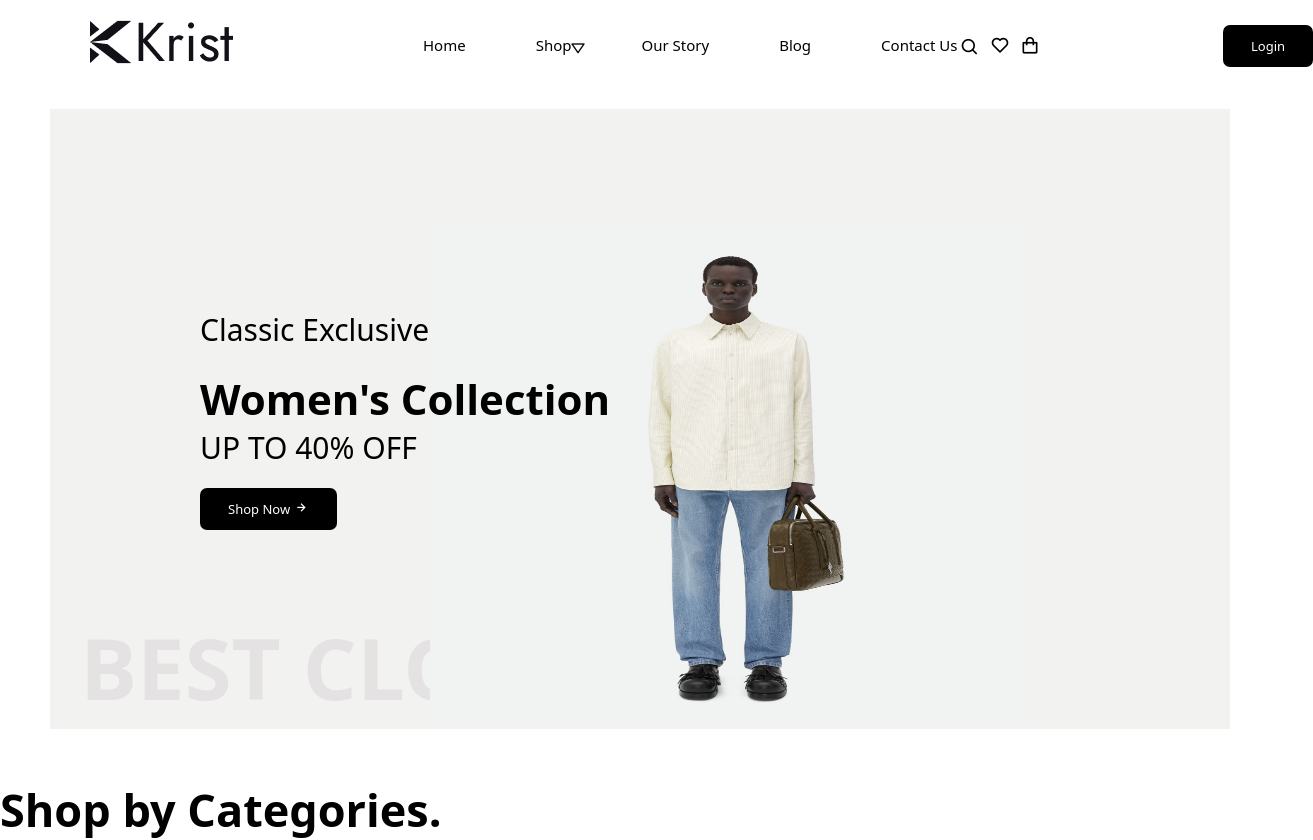
Repository: isaacCodes1/Krist-Website
Page: index.html
An editor plug-in stored every save of this project. The page is shown before and after the next save, followed by the edit.
The browser window is 1280 px wide. The page is 1313 px wide, so the pictures cover 1313 px, including what lies to the right of the window. The pictures show the whole page.

Above is the page before, as saved 2024-04-01 10:41:51.

After the next save:
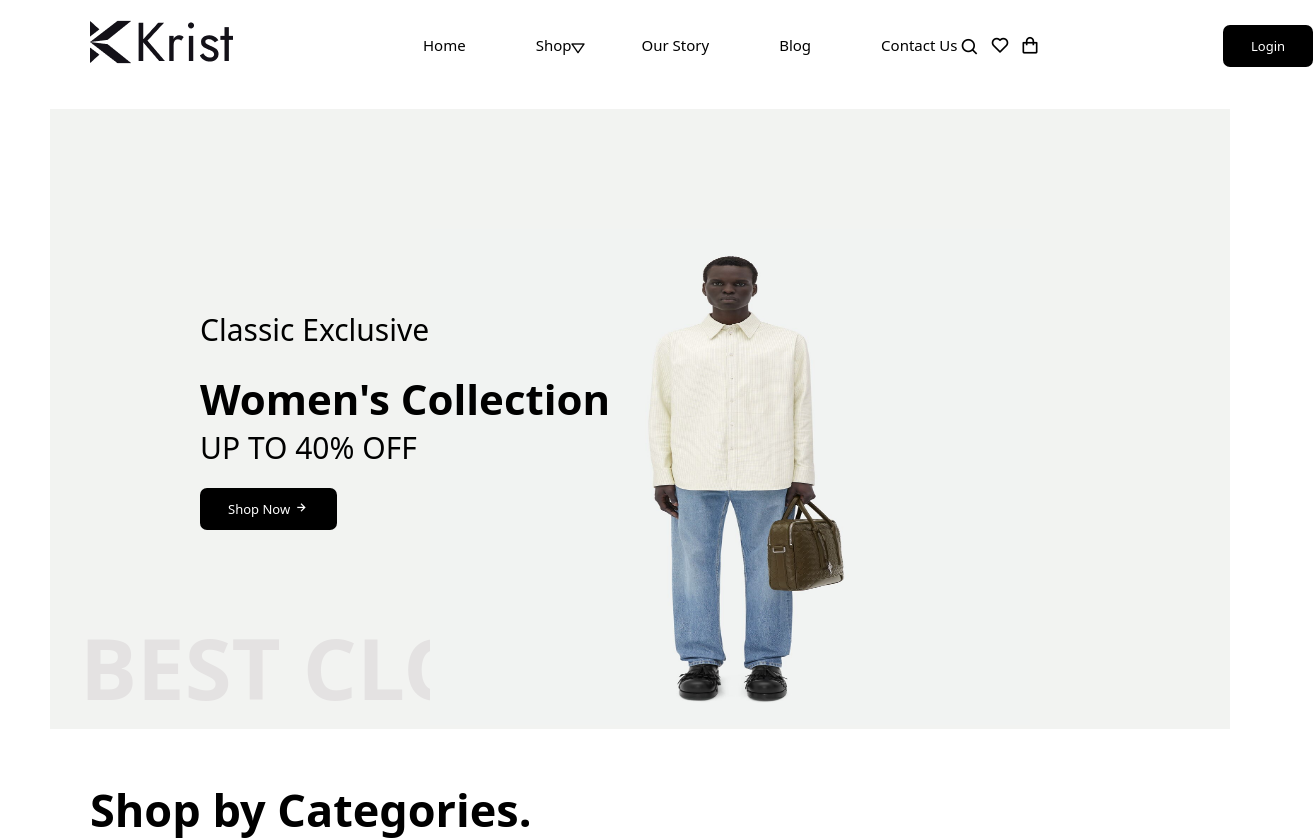
Saved 16 s later.
--- a/style.css
+++ b/style.css
@@ -141,7 +141,7 @@ button:hover {
   font-size: 13px;
   color: #fff;
 }
-.cardstext{
-    font-size: 30px;
-    margin-left: ;
+.cardstext {
+  font-size: 30px;
+  margin-left: 90px;
 }
